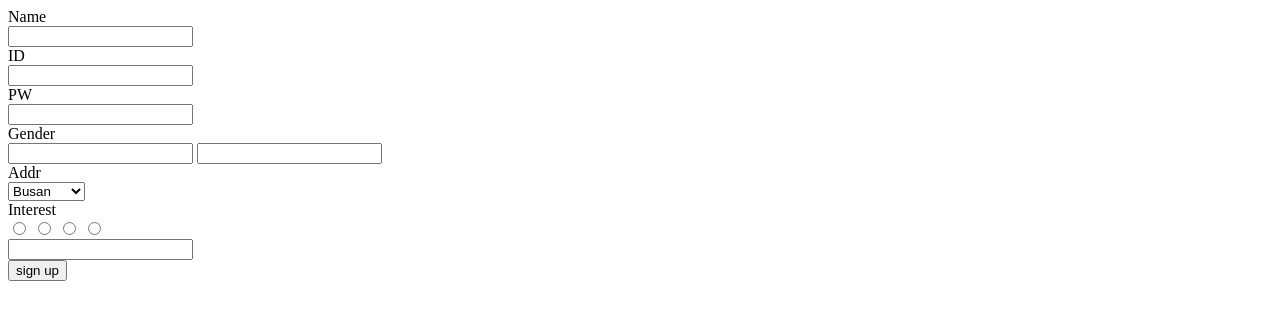
Repository: 9re9ori0426/Bootcamp
Page: webws/03_InputOutput/src/main/webapp/reg.html
An editor plug-in stored every save of this project. The page is shown before and after the next save, followed by the edit.
The browser window is 1280 px wide. The pictures show the whole page.

Above is the page before, as saved 2026-10-20 07:34:09.

### webws/03_InputOutput/src/main/webapp/reg.html
<!DOCTYPE html>
<html>
<head>
<meta charset="UTF-8">
<title>Insert title here</title>
</head>
<body>
	<form action="">
		<div class="signup-row">
			<div>Name</div>
			<input>
		</div>
		<div class="signup-row">
			<div>ID</div>
			<input>
		</div>
		<div class="signup-row">
			<div>PW</div>
			<input>
		</div>
		<div class="signup-row">
			<div>Gender</div>
			<input>
			<input>
		</div>
		<div class="signup-row">
			<div>Addr</div>
			<select>
				<option>Busan</option>
				<option>Seoul</option>
				<option>Cheonan</option>
			</select>
		</div>
		<div class="signup-row">
			<div>Interest</div>
			<input type="radio">
			<input type="radio">
			<input type="radio">
			<input type="radio">
		</div>
		<div class="signup-row">
			<input>
		</div>


		<button>sign up</button>
	</form>
</body>
</html>

After the next save:
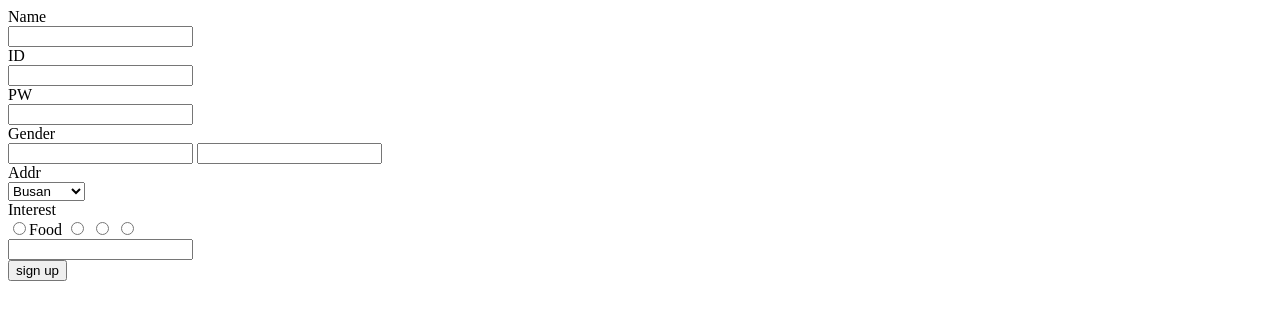
Saved 33 s later.
--- a/webws/03_InputOutput/src/main/webapp/reg.html
+++ b/webws/03_InputOutput/src/main/webapp/reg.html
@@ -33,10 +33,10 @@
 		</div>
 		<div class="signup-row">
 			<div>Interest</div>
-			<input type="radio">
-			<input type="radio">
-			<input type="radio">
-			<input type="radio">
+			<input type="radio">Food</input>
+			<input type="radio"></input>
+			<input type="radio"></input>
+			<input type="radio"></input>
 		</div>
 		<div class="signup-row">
 			<input>
